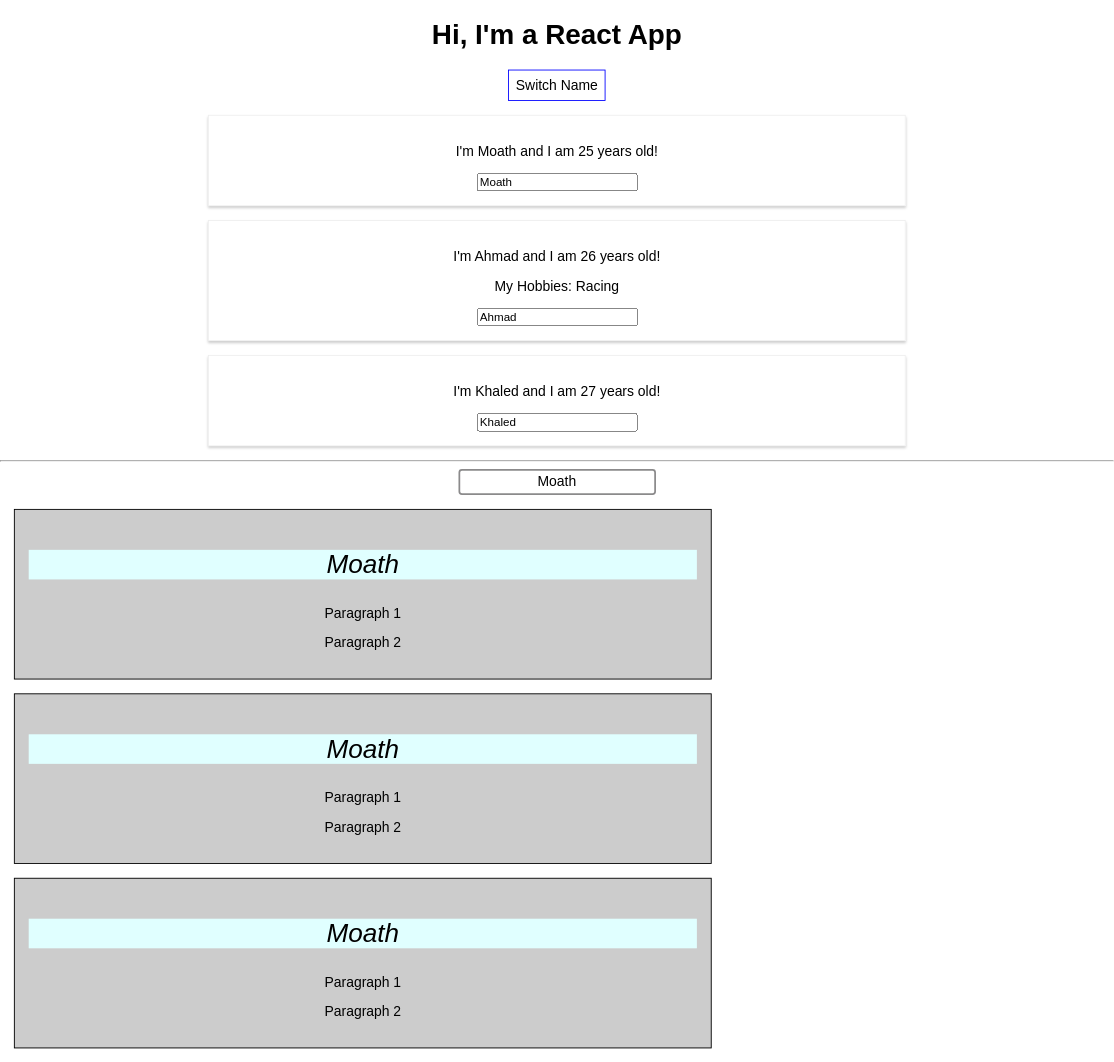
Repository: MuathYHKefayah/React-Basics
Page: /
An editor plug-in stored every save of this project. The page is shown before and after the next save, followed by the edit.
The browser window is 1280 px wide. The pictures show the whole page, at 87% of full size.
The project was rebuilt for these pictures with package versions that can differ from the ones it lists, and the page was loaded fresh each time.

Above is the page before, as saved 2020-12-12 12:12:41.

### src/App.js
import React, { Component } from 'react';
import './App.css';
import Person from './Person/Person';
import UserInput from './UserInput/UserInput';
import UserOutput from './UserOutput/UserOutput';

class App extends Component {
  state = {
     persons: [
       { name:'Moath', age: 25},
       { name:'Ahmad', age: 26},
       { name:'Khaled', age: 27},
     ],
     username: "Moath"
  }

  switchNameHandler  = (newName, newAge) => {
    //Don't Do This: this.state.persons[0].name = "Max";
    this.setState({
      persons: [
        { name:newName, age: 25},
        { name:'Ahmad', age: 26},
        { name:'Khaled', age: newAge},
      ]
    })
  }

  nameChangedHandler = (event) => {
    this.setState({
      persons: [
        { name:'Moath', age: 25},
        { name: event.target.value, age: 26},
        { name:'Khaled', age: 27},
      ]
    })
  }

  usernameChangedHandelr = (event) => {
    this.setState({
      username: event.target.value
    })
  }

  render() {
    const style = {
      backgroundColor: 'white',
      font: 'inherit',
      border: '1px solid blue',
      padding: '8px',
      cursor: 'pointer'
    };

    return (
      // jsx \\ write html code in js file
      <div className="App">
        <h1>Hi, I'm a React App</h1>
        <button
          style={style}
          onClick={() => this.switchNameHandler('Moath!!', 30)}>Switch Name</button>
        <Person name={this.state.persons[0].name} age={this.state.persons[0].age}/>
        <Person
          name={this.state.persons[1].name}
          age={this.state.persons[1].age}
          click={this.switchNameHandler.bind(this, 'Moath!', 40)}
          changed={this.nameChangedHandler}
          >My Hobbies: Racing</Person>
        <Person name={this.state.persons[2].name} age={this.state.persons[2].age}/>
        <hr/>
        <UserInput
          name={this.state.username}
          changed={this.usernameChangedHandelr}/>

        <UserOutput name={this.state.username}/>
        <UserOutput name={this.state.username}/>
        <UserOutput name={this.state.username}/>

      </div>
    );
    //return React.createElement('div', {className: 'App'} , React.createElement('h1', null , 'Hi, I\'m a React App !!!' ))
  }
}

export default App;

### src/Person/Person.js
import React from 'react';
import './Person.css';

const person = (props) => {
    return (
        <div className="Person">
            <p onClick={props.click}>I'm {props.name} and I am {props.age} years old!</p>
            <p>{props.children}</p>
            <input type="text" onChange={props.changed} value={props.name}/>
        </div>
    )
};

export default person;

### src/UserInput/UserInput.js
import React, { Component } from 'react';


class UserInput extends Component{
    render(){
        const style = {
            fontSize: '16px',
            fontFamily: 'inherit',
            padding: '0.25em 0.5em',
            backgroundColor: '#fff',
            border: '2px solid #8b8a8b',
            borderRadius: '4px',
            textAlign: 'center'
        }
        return(
            <div className="UserInput">
                <input
                    style= {style}
                    type="text"
                    onChange={this.props.changed}
                    value={this.props.name}/>
            </div>

        );
    }
}

export default UserInput;

### src/UserOutput/UserOutput.js
import React, { Component } from 'react';
import './UserOutput.css'

class UserOutput extends Component {

    render(){
        const style = {
            backgroundColor: 'lightcyan',
            fontStyle: 'oblique',
            fontSize: '30px'
        };
        return(
            <div className="UserOutput">
                <p style={style}>{this.props.name}</p>
                <p>Paragraph 1</p>
                <p>Paragraph 2</p>
            </div>
        );
    }
}

export default UserOutput;

### src/UserOutput/UserOutput.css
.UserOutput{
    width: 60%;
    border: 1px solid black;
    padding: 16px;
    background-color: #ccc;
    margin: 16px;
    text-align: center;
}

Loaded but not shown: public/index.html (common file); src/index.js (common file); src/index.css (common file); src/registerServiceWorker.js (common file); src/App.css (common file); src/Person/Person.css (common file)

After the next save:
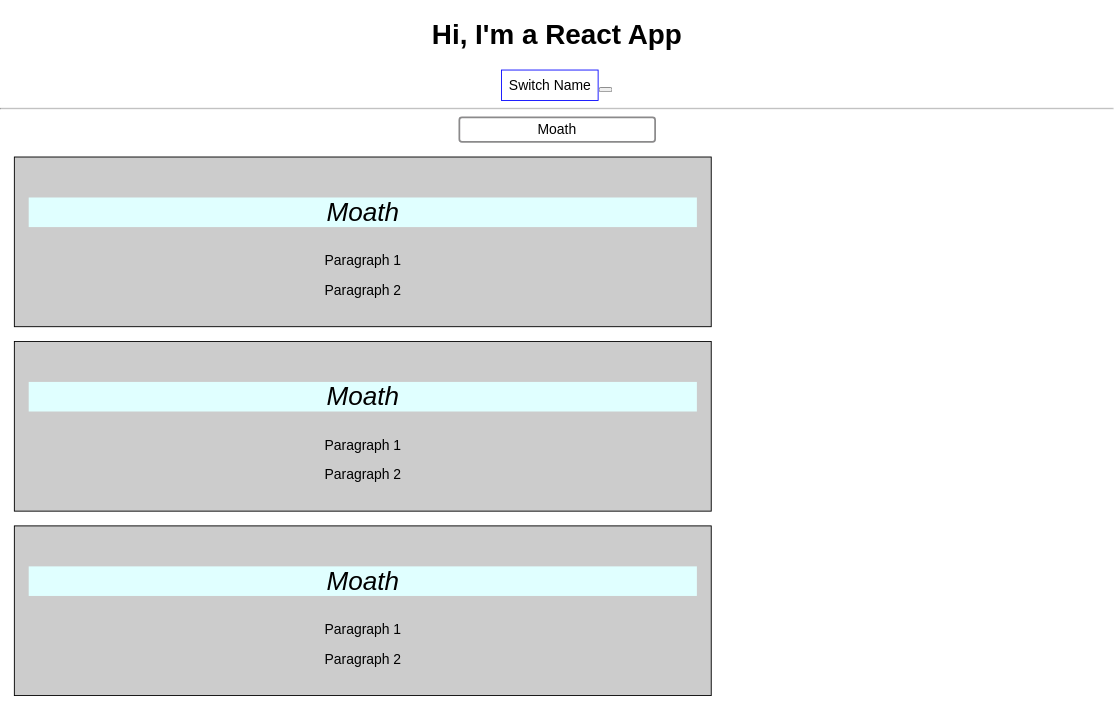
Saved 56 min 52 s later.
--- a/src/App.js
+++ b/src/App.js
@@ -11,7 +11,8 @@ class App extends Component {
        { name:'Ahmad', age: 26},
        { name:'Khaled', age: 27},
      ],
-     username: "Moath"
+     username: "Moath",
+     showPersons: false
   }
 
   switchNameHandler  = (newName, newAge) => {
@@ -41,6 +42,13 @@ class App extends Component {
     })
   }
 
+  togglePersonsHandler = () => {
+    doesShow =  this.state.showPersons;
+    this.setState({
+      showPersons : !doesShow
+    });
+  }
+
   render() {
     const style = {
       backgroundColor: 'white',
@@ -57,14 +65,21 @@ class App extends Component {
         <button
           style={style}
           onClick={() => this.switchNameHandler('Moath!!', 30)}>Switch Name</button>
-        <Person name={this.state.persons[0].name} age={this.state.persons[0].age}/>
-        <Person
-          name={this.state.persons[1].name}
-          age={this.state.persons[1].age}
-          click={this.switchNameHandler.bind(this, 'Moath!', 40)}
-          changed={this.nameChangedHandler}
-          >My Hobbies: Racing</Person>
-        <Person name={this.state.persons[2].name} age={this.state.persons[2].age}/>
+          <button onClick={this.togglePersonsHandler}></button>
+        { this.state.showPersons ?
+            <div>
+              <Person name={this.state.persons[0].name} age={this.state.persons[0].age}/>
+              <Person
+                name={this.state.persons[1].name}
+                age={this.state.persons[1].age}
+                click={this.switchNameHandler.bind(this, 'Moath!', 40)}
+                changed={this.nameChangedHandler}
+                >My Hobbies: Racing</Person>
+              <Person name={this.state.persons[2].name} age={this.state.persons[2].age}/>
+            </div> : null
+        }
+
+
         <hr/>
         <UserInput
           name={this.state.username}
